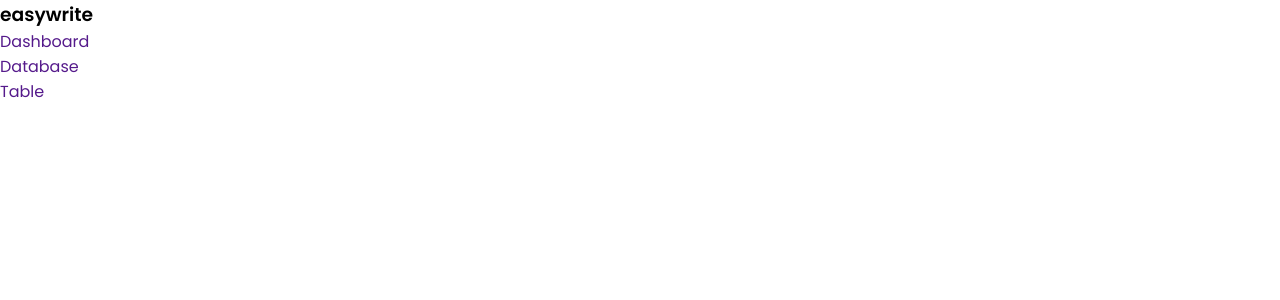
Repository: ngan429/CRUD_14
Page: http://localhost/crudweb/
An editor plug-in stored every save of this project. The page is shown before and after the next save, followed by the edit.
The browser window is 1280 px wide. The pictures show the whole page.
Some icons come from a web library that is not loaded, so they are not drawn. The page is served by Tomcat 9. Other server files are loaded and not shown.

Above is the page before, as saved 2022-06-03 20:08:58.

### crudweb/crudweb/WebContent/index.jsp
<%@ page language="java" contentType="text/html; charset=ISO-8859-1"
    pageEncoding="ISO-8859-1"%>
<!DOCTYPE html>
<html>
<head>
<meta charset="ISO-8859-1">
<title>Insert title here</title>
<link rel="stylesheet" href="http://cdn.jsdelivr.net/gh/lykmapipo/themify-icons@0.1.2/css/themify-icons.css">
<link rel="stylesheet" href="css/style.css">
<link href="https://fonts.googleapis.com/css2?family=Inter:wght@300;400;600&display=swap" rel="stylesheet">
<link rel="preconnect" href="https://fonts.gstatic.com">
<link rel="shortcut icon" href="img/icons/icon-48x48.png" />
</head>
<body>
	<div class="sidebar">
		<div class="slidebar-header">
			<h3 class="brand">
				<span class="ti-unlink"></span>
				<span>easywrite</span>
			</h3>
			<span class="ti-menu-alt"></span>
		</div>
		<div class="sidebar-menu">
			<ul>
				 <li class="sidebar-item active">
                    <a href="">
                        <span class="ti-settings" ></i>
                        <span class="align-middle">Dashboard</span>
                    </a>
                </li>

                <li>
                    <a href="">
                        <span class="ti-settings"></span>
                        <span class="align-middle">Database</span>
                    </a>
                </li>

                <li class="sidebar-item">
                    <a href="">
                        <span class="ti-settings"></span>
                        <span class="align-middle">Table</span>
                    </a>
                </li>

			</ul>
		</div>
		<div class="main-content">
			<header>
				<div class="social-icons"></div>
					<span class="ti-bell"></span>
					<span class="ti-comment"></span>
			</header>

		</div>
	</div>

</body>
</html>

### crudweb/crudweb/WebContent/css/style.css
@charset "UTF-8";
@import url('https://fonts.googleapis.com/css2?family=Poppins:wght@300;400;500;600&display=swap');
:root {
	--main-color : #027581;
	--color-dark : #1D2231;
	--text-grey : #8390A2;
}
*{
	font-family: 'Poppins', sans-serif;
	margin: 0;
	padding: 0;
	text-decoration: none;
	list-style-type: none;
	box-sizing: border-box;
}
.sidebar{
	height: 100%;
	width: 240px;
	position: fixed;
	left: 0;
	top: 0;
	z-index: 100;
}

After the next save:
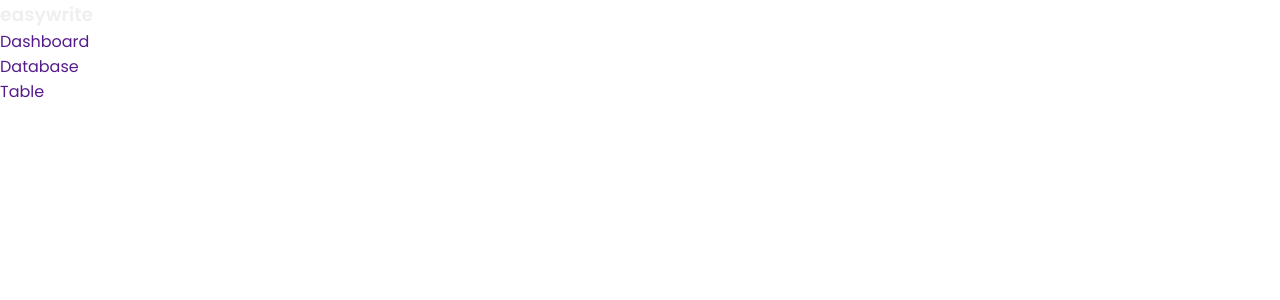
Saved 83 s later.
--- a/crudweb/crudweb/WebContent/css/style.css
+++ b/crudweb/crudweb/WebContent/css/style.css
@@ -20,4 +20,6 @@
 	left: 0;
 	top: 0;
 	z-index: 100;
+	backgroud: var(--main-color);
+	color: #efefef;
 }
